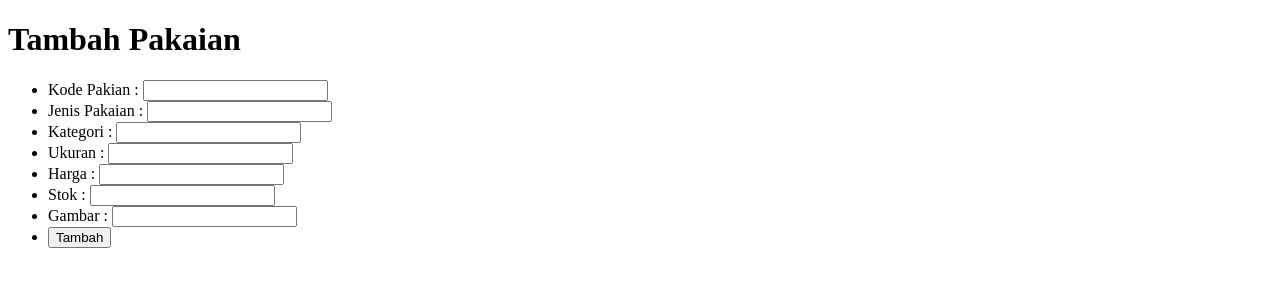
Repository: NovianRI/NovianRI.github.io
Page: http://localhost/tambah.php
The author's editor kept a copy of each file at every save. The page is drawn from the files as they stood at one save, then again after the next save.
The browser window is 1280 px wide. The pictures show the whole page.
The page is run by PHP 8.4 with error messages shown; the project is at /var/www/html/.

Above is the page before, as saved 2024-01-16 23:26:44.

After the next save:
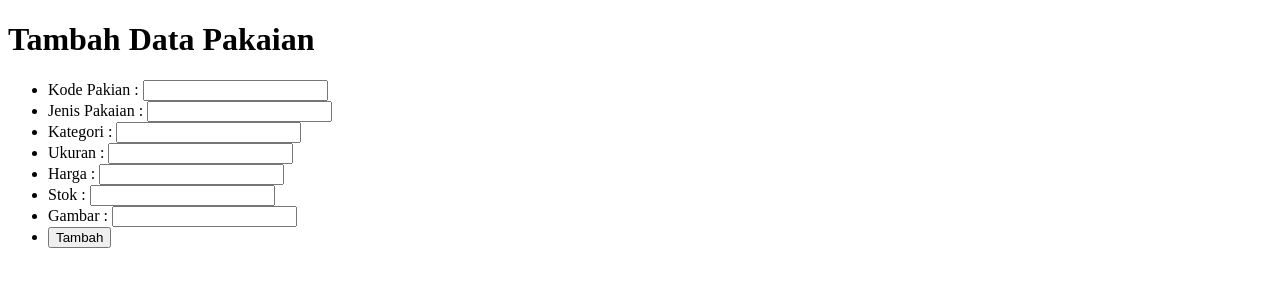
Saved 77 s later.
--- a/tambah.php
+++ b/tambah.php
@@ -29,7 +29,7 @@ if ( isset($_POST["submit"])) {
     <title>Tambah Pakaian</title>
 </head>
 <body>
-    <h1>Tambah Pakaian</h1>
+    <h1>Tambah Data Pakaian</h1>
 
     <form action="" method="post">
         <ul>
